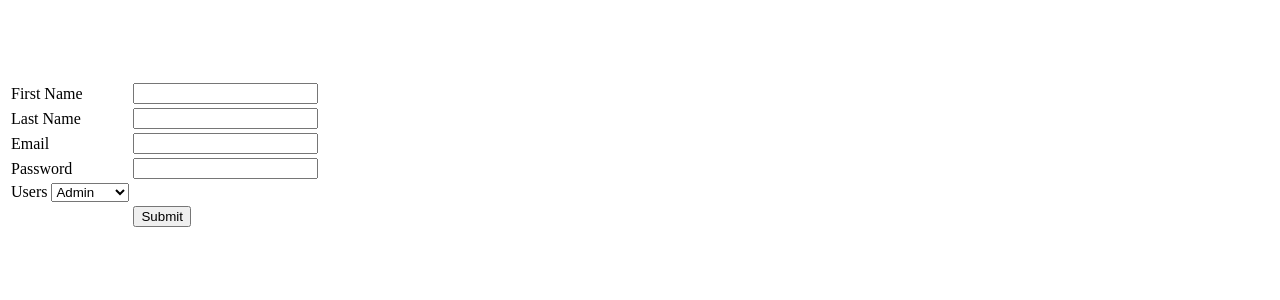
Repository: zshafi01/LearnerAcadamy
Page: http://localhost/LearnerAcadamy/user.jsp
An editor plug-in stored every save of this project. The page is shown before and after the next save, followed by the edit.
The browser window is 1280 px wide. The pictures show the whole page.
The page is served by Tomcat 9.

Above is the page before, as saved 2021-02-03 22:35:51.

After the next save:
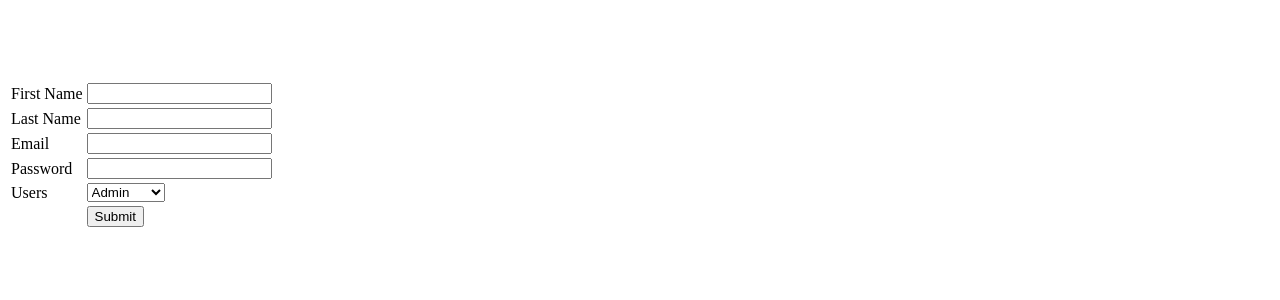
Saved 116 s later.
--- a/LearnerAcadamy/WebContent/user.jsp
+++ b/LearnerAcadamy/WebContent/user.jsp
@@ -20,13 +20,12 @@
 <td>Password</td><td><input type="password" name="password"></td><br/>
 </tr>
 <tr>
-<td class="select">Users
-<select name="type">
+<td class="select">Users</td>
+<td><select name="type">
 	<option value="admin">Admin</option>
     <option value="Instructor">Instructor</option>
     <option value="Student">Student</option>
-</select>
-<td ALIGN="right"></td></td>
+</select></td>
 </tr>
 <tr>
 <td></td><td><input type="submit" value="Submit"></td></tr>
